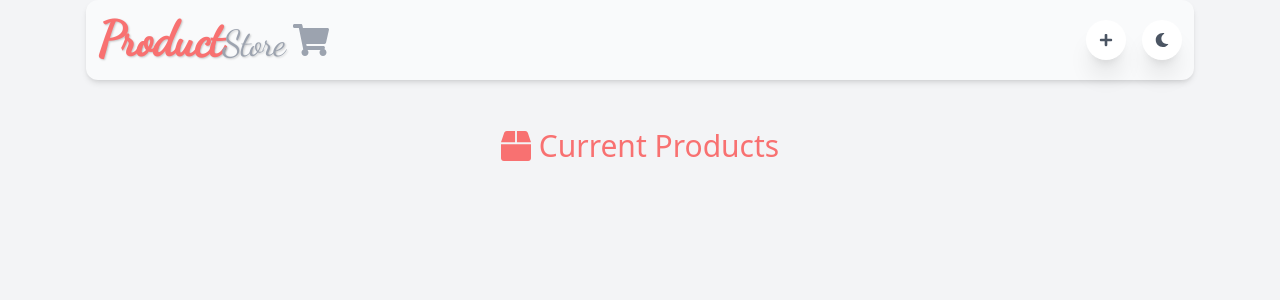
Repository: xarrkhan001/Mern-stack-Project
Page: / (app in frontend/)
An editor plug-in stored every save of this project. The page is shown before and after the next save, followed by the edit.
The browser window is 1280 px wide. The pictures show the whole page.
The project was rebuilt for these pictures with package versions that can differ from the ones it lists, and the page was loaded fresh each time. Also part of the build but not shown: frontend/vite.config.js, frontend/src/store/product.js, frontend/src/pages/CreatePage.jsx.

Above is the page before, as saved 2025-03-06 14:31:03.

After the next save:
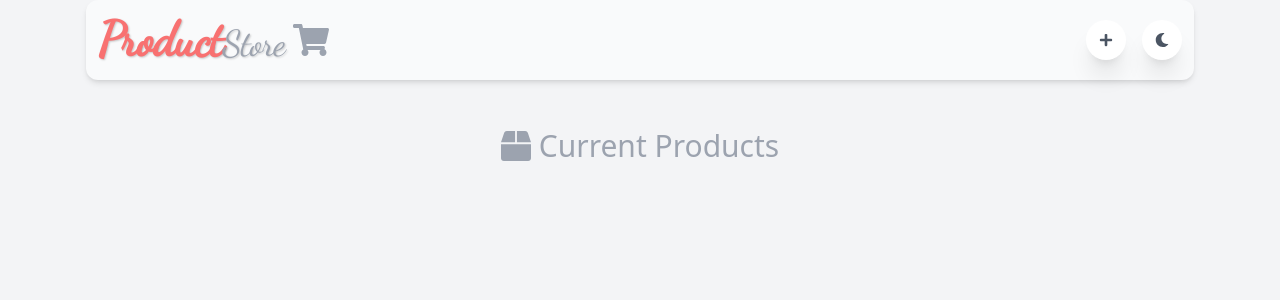
Saved 13 s later.
--- a/frontend/src/pages/HomePage.jsx
+++ b/frontend/src/pages/HomePage.jsx
@@ -4,7 +4,7 @@
 const HomePage = () => {
   return (
     <div className="max-w-xl py-12 mx-auto text-center">
-      <h1 className="text-3xl text-red-400 flex justify-center items-center space-x-2">
+      <h1 className="text-3xl text-gray-400 flex justify-center items-center space-x-2">
         <FaBox />
         <span>Current Products</span>
       </h1>

After the save that followed:
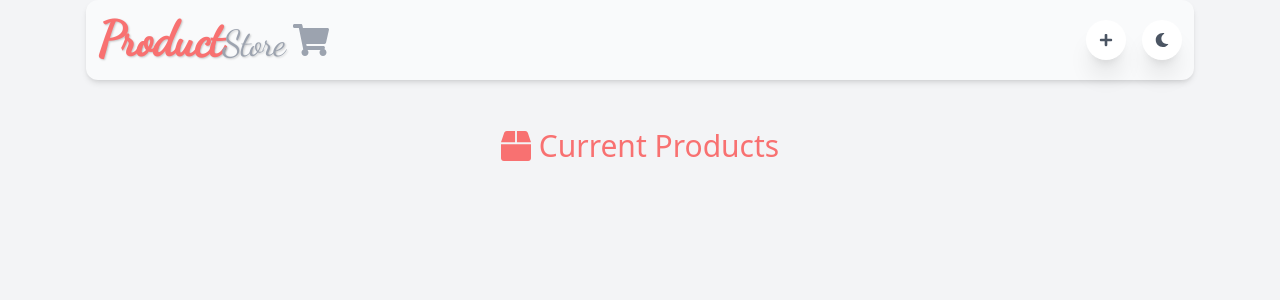
Saved 37 s later.
--- a/frontend/src/pages/HomePage.jsx
+++ b/frontend/src/pages/HomePage.jsx
@@ -4,7 +4,7 @@
 const HomePage = () => {
   return (
     <div className="max-w-xl py-12 mx-auto text-center">
-      <h1 className="text-3xl text-gray-400 flex justify-center items-center space-x-2">
+      <h1 className="text-3xl text-red-400 flex justify-center items-center space-x-2">
         <FaBox />
         <span>Current Products</span>
       </h1>
